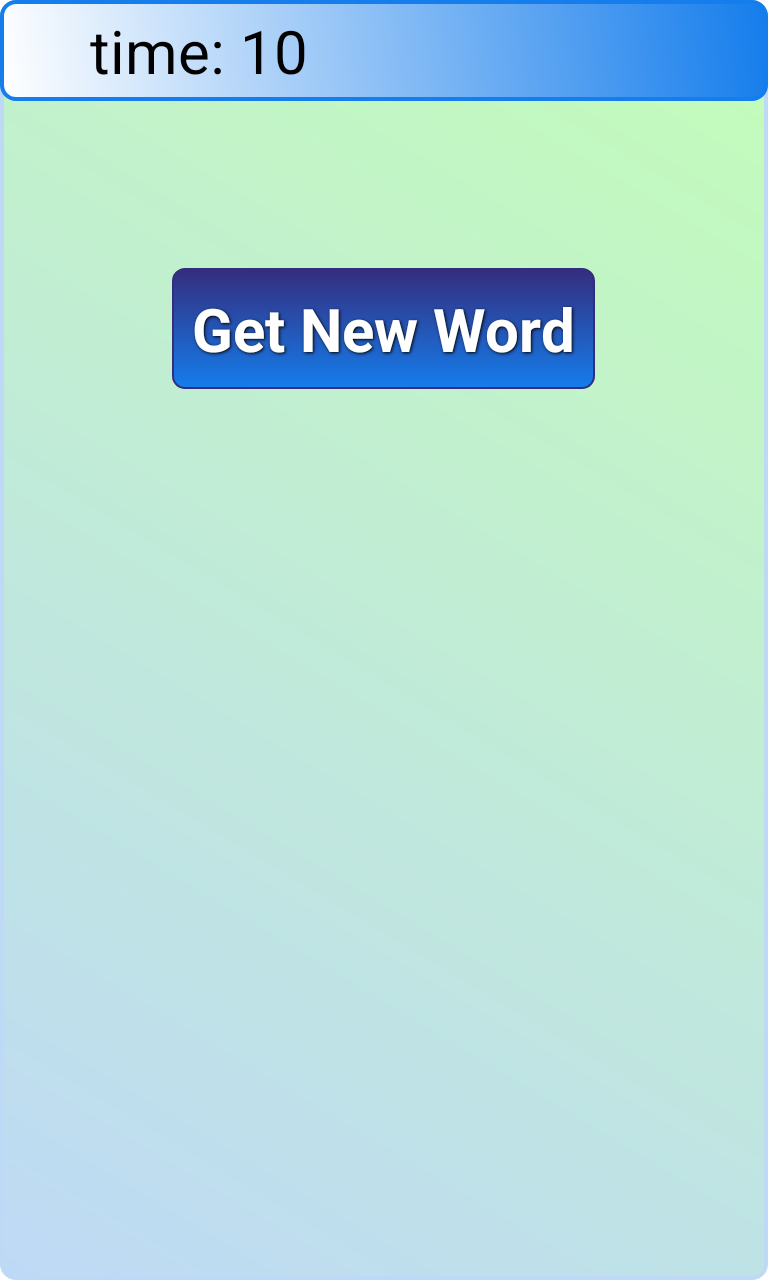
Repository: tvergilio/android
Layout: GoogleItDb/res/layout/activity_main.xml
These files come from the project's save history. The layout is drawn as it stood at one moment and after the next save; the edit follows.
It is drawn on a 768 x 1280 px phone screen (xhdpi) without system bars, with theme AppTheme; the app's code is not run. Lists and similar views that code fills are empty.

Above is the layout before, as saved 2014-02-15 23:40:20.

After the next save:
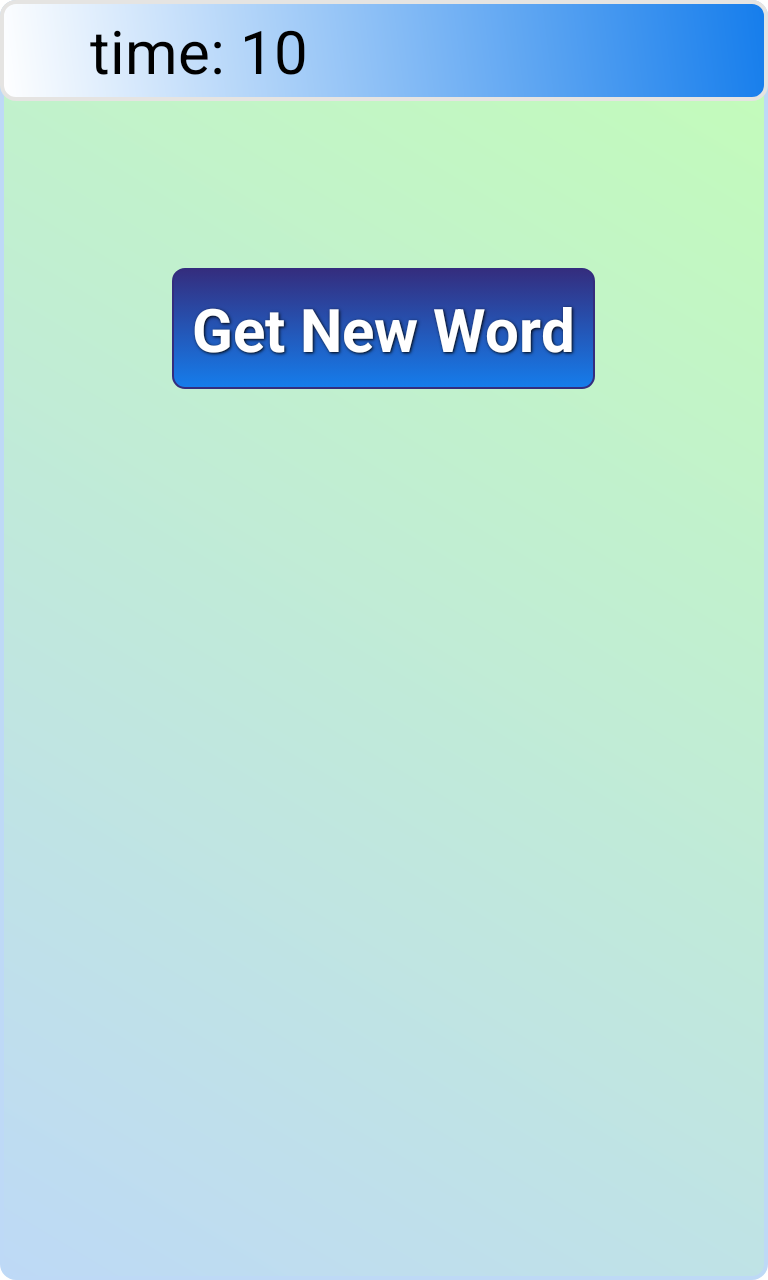
Saved 3 min 16 s later.
--- a/GoogleItDb/res/values/colors.xml
+++ b/GoogleItDb/res/values/colors.xml
@@ -14,6 +14,7 @@
     <color name="wood">#966F33</color>
     <color name="yellow">#FFFF00</color>
     <color name="aquamarine">#7FFFD4</color>
+    <color name="platinum">#E5E4E2</color>
     <color name="light_cyan">#E0FFFF</color>
     <color name="pastel_blue">#BED9F6</color>
     <color name="white">#FFFFFF</color>
--- a/GoogleItDb/res/drawable-hdpi/rectangle_blue.xml
+++ b/GoogleItDb/res/drawable-hdpi/rectangle_blue.xml
@@ -1,7 +1,7 @@
 <?xml version="1.0" encoding="utf-8"?>
 <shape xmlns:android="http://schemas.android.com/apk/res/android"
          android:shape="rectangle">
-     <stroke android:width="2dp" android:color="@color/blue_dress" />
+     <stroke android:width="2dp" android:color="@color/platinum" />
      <gradient android:startColor="@color/blue_dress" android:endColor="@color/white"
             android:angle="225"/>
 
--- a/GoogleItDb/res/drawable-hdpi/rectangle_orange.xml
+++ b/GoogleItDb/res/drawable-hdpi/rectangle_orange.xml
@@ -1,7 +1,7 @@
 <?xml version="1.0" encoding="utf-8"?>
 <shape xmlns:android="http://schemas.android.com/apk/res/android"
          android:shape="rectangle">
-     <stroke android:width="2dp" android:color="@color/orange" />
+     <stroke android:width="2dp" android:color="@color/platinum" />
      <gradient android:startColor="@color/orange" android:endColor="@color/white"
             android:angle="225"/>
 
